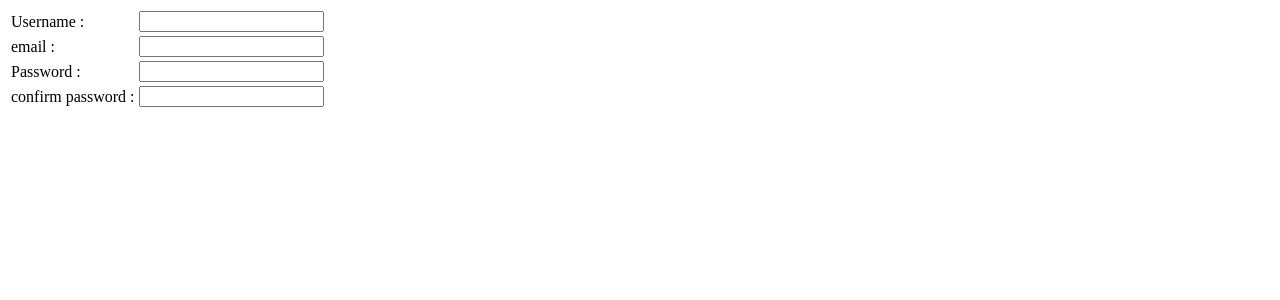
Repository: betardev/SocialProj
Page: http://localhost/SocialProjCustomers/CustomerRegistration/RegistrationForm.jsp
An editor plug-in stored every save of this project. The page is shown before and after the next save, followed by the edit.
The browser window is 1280 px wide. The pictures show the whole page.
The page is served by Tomcat 9.

Above is the page before, as saved 2017-06-12 15:04:48.

After the next save:
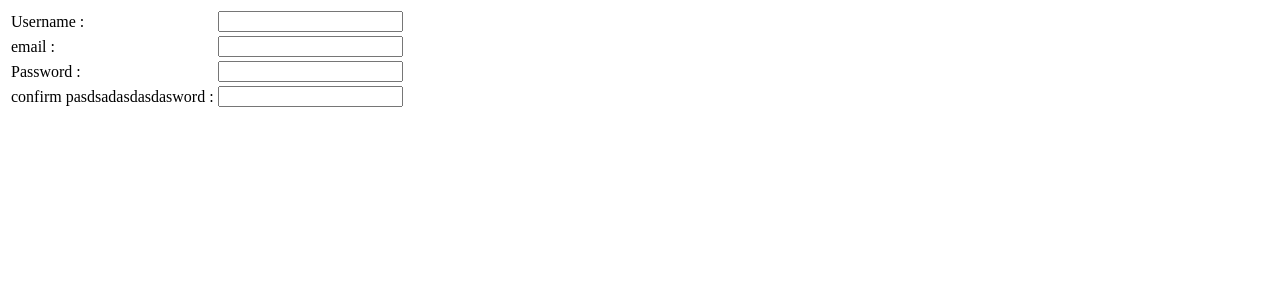
Saved 10 s later.
--- a/SocialProjCustomers/WebContent/CustomerRegistration/RegistrationForm.jsp
+++ b/SocialProjCustomers/WebContent/CustomerRegistration/RegistrationForm.jsp
@@ -23,7 +23,7 @@
    <td> <input name = "password"/>  </td>
   </tr>
   <tr>
-   <td> confirm password :  </td>
+   <td> confirm pasdsadasdasdasword :  </td>
    <td> <input name = "cnfpassword"/>  </td>
   </tr>
  </table>

After the save that followed:
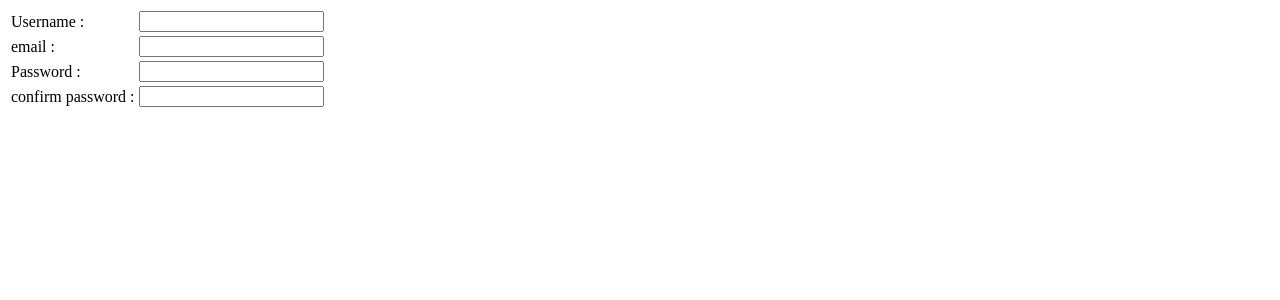
Saved 9 s later.
--- a/SocialProjCustomers/WebContent/CustomerRegistration/RegistrationForm.jsp
+++ b/SocialProjCustomers/WebContent/CustomerRegistration/RegistrationForm.jsp
@@ -23,7 +23,7 @@
    <td> <input name = "password"/>  </td>
   </tr>
   <tr>
-   <td> confirm pasdsadasdasdasword :  </td>
+   <td> confirm password :  </td>
    <td> <input name = "cnfpassword"/>  </td>
   </tr>
  </table>
